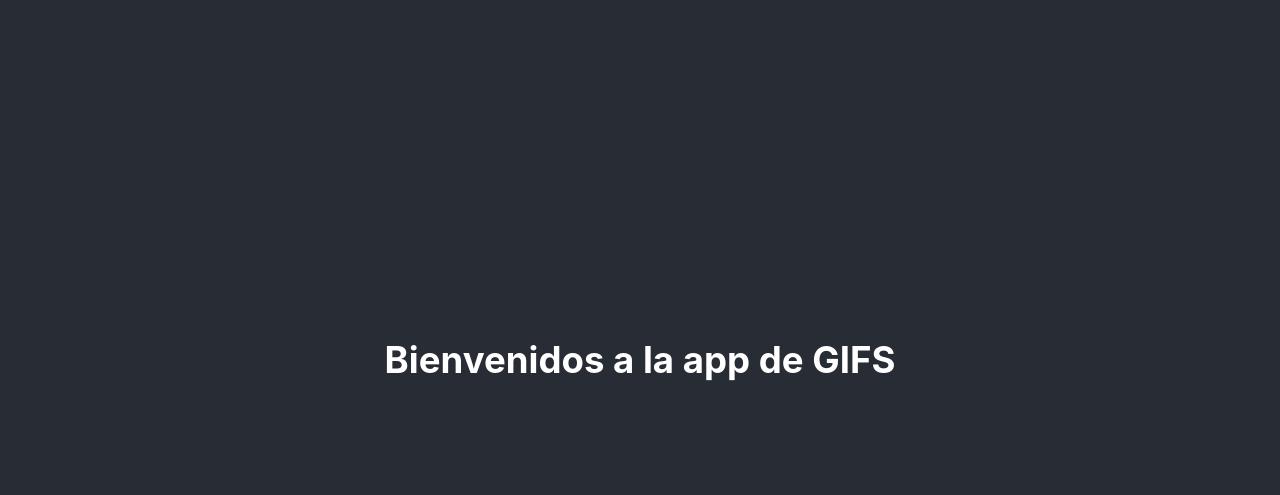
Repository: DamianBermudez94/buscador-gifs
Page: /
An editor plug-in stored every save of this project. The page is shown before and after the next save, followed by the edit.
The browser window is 1280 px wide. The pictures show the whole page.
The project was rebuilt for these pictures with package versions that can differ from the ones it lists, and the page was loaded fresh each time. Also part of the build but not shown: src/component/gifs.css, src/component/gif.js, src/api/urlApi.js, src/component/ListOfGifs.js.

Above is the page before, as saved 2022-10-10 16:12:44.

After the next save:
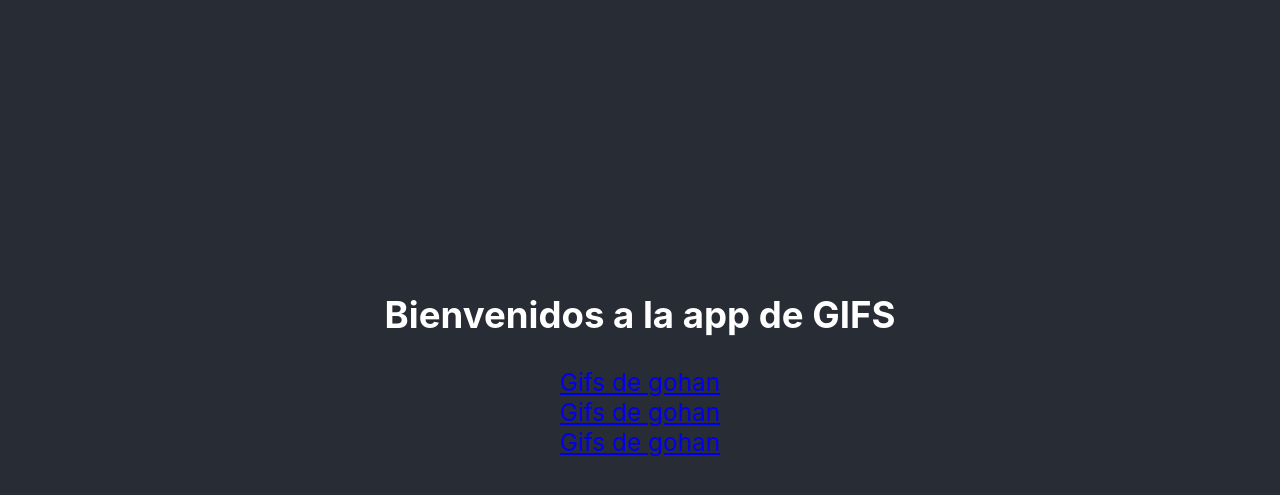
Saved 81 s later.
--- a/src/App.js
+++ b/src/App.js
@@ -10,7 +10,9 @@ export function App() {
       <section className="App-content">
           <h1>Bienvenidos a la app de GIFS</h1>
 
-
+          <Link to="gif/gohan"> Gifs de gohan</Link>
+          <Link to="gif/frezzer"> Gifs de gohan</Link>
+          <Link to="gif/picoro"> Gifs de gohan</Link>
           <Route
             component={ListOfGifs}
             path="/gif/:keyword"/>
